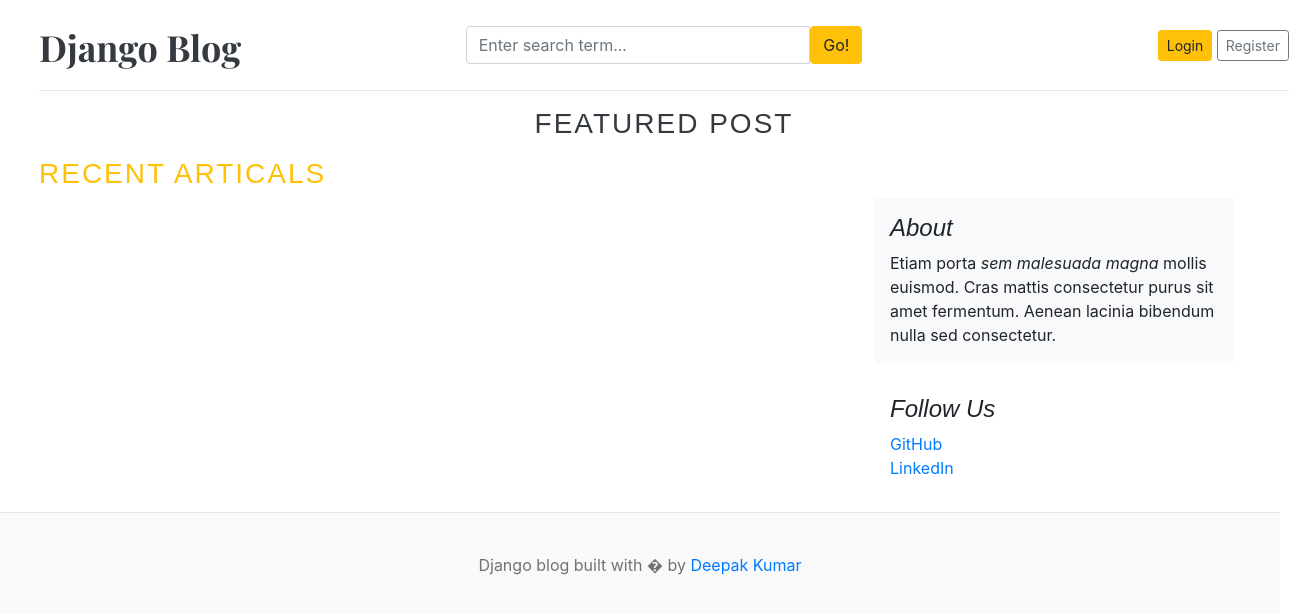
Repository: vijayholve/Blog-Website-Django
Page: templates/home.html
The author's editor kept a copy of each file at every save. The page is drawn from the files as they stood at one save, then again after the next save.
The browser window is 1280 px wide. The page is 1304 px wide, so the pictures cover 1304 px, including what lies to the right of the window. The pictures show the whole page.
The template is drawn by Django 5.2. The application's start-up code is not run. Other server files are loaded and not shown. The template is opened directly, without the code that normally fills it, so the values that code supplies are empty.

Above is the page before, as saved 2025-01-29 15:53:32.

### templates/home.html

{% extends 'base/base.html' %}

{% block content %}

{% for post in featured_post %}
 {% if forloop.first %}
<div class="jumbotron p-3 p-md-5 text-white rounded bg-dark" style="background-image: url({{ post.blog_image.url }});background-blend-mode: overlay;background-size:cover;">
    <div class="col-md-8 px-0">
      <h1 class="display-4 font-italic"><a href="{% url 'blogs' post.slug %}">{{ post.title }}</a></h1>
      <p class="lead my-3">{{ post.short_description | truncatewords:20 }}</p>
      <p class="lead mb-0"><a href="#" class="text-white font-weight-bold">Continue reading...</a></p>
    </div>
</div>
  {% endif %}
{% endfor %}


<!-- Featured POST -->
<h3 class="text-uppercase text-dark text-bold text-center" style="letter-spacing: 2px;">Featured POST</h3>
  <div class="row mb-2">
    {% for post in featured_post %}
      {% if not forloop.first %}
    <div class="col-md-6">
      <div class="card border-0" >
        <div class="card-body">
          <h3><a href="{% url 'blogs' post.slug %}">{{ post.title }}</a></h3>
          <small class="mb-1 text-muted">{{ post.created_at | timesince }} ago | {{ post.author }}</small>
          <p class="card-text">{{ post.short_description | truncatewords:20 }}</p>
        </div>
      </div>
    </div>
     {% endif %}
    {% endfor %}
  </div>


  <!-- Recent artical -->
  <h3 class="text-uppercase text-warning" style="letter-spacing: 2px;">Recent Articals</h3>
  <main role="main" class="container p-0">
    <div class="row">
      <div class="col-md-8 blog-main">
        {% for post in posts %}
        <div class="card border-0" >
          <div class="card-body">
            <h3><a href="{% url 'blogs' post.slug %}">{{ post.title }}</a></h3>
            <small class="mb-1 text-muted">{{ post.created_at | timesince }} ago | {{ post.author }}</small>
            <p class="card-text">{{ post.short_description | truncatewords:20 }}</p>
          </div>
        </div>
        {% endfor %}
      </div>
      <!-- /.blog-main -->

      <aside class="col-md-4 blog-sidebar">
        <div class="p-3 mb-3 bg-light rounded">
          <h4 class="font-italic">About</h4>
          <p class="mb-0">Etiam porta <em>sem malesuada magna</em> mollis euismod. Cras mattis consectetur purus sit amet fermentum. Aenean lacinia bibendum nulla sed consectetur.</p>
        </div>

        <div class="p-3">
          <h4 class="font-italic">Follow Us</h4>
          <ol class="list-unstyled">
            <li><a href="#">GitHub</a></li>
            <li><a href="#">LinkedIn</a></li>
          </ol>
        </div>
      </aside><!-- /.blog-sidebar -->

    </div><!-- /.row -->

  </main><!-- /.container -->

</div>
{% endblock %}

### templates/base/base.html
<!-- Header part -->
{% include './header.html' %}

<!-- Main content part -->
{% block content %}
<div class="container-fluid">

</div>
{% endblock %}

<!-- Footer -->
{% include './footer.html' %}

### templates/base/header.html
{% load static %}
<!DOCTYPE html>
<html lang="en">
<head>
    <meta charset="UTF-8">
    <meta http-equiv="X-UA-Compatible" content="IE=edge">
    <meta name="viewport" content="width=device-width, initial-scale=1.0">
    <title>SM Joshi Blogs</title>
    <link href="https://getbootstrap.com/docs/4.0/dist/css/bootstrap.min.css" rel="stylesheet">
    <link href="https://fonts.googleapis.com/css?family=Playfair+Display:700,900" rel="stylesheet">
    <link href="{% static 'css/blog.css' %}" rel="stylesheet">
    <link href="{% static 'css/Navbar.css' %}" rel="stylesheet">
    <link rel="stylesheet" href="https://cdn.jsdelivr.net/npm/bootstrap@4.4.1/dist/css/bootstrap.min.css" integrity="sha384-Vkoo8x4CGsO3+Hhxv8T/Q5PaXtkKtu6ug5TOeNV6gBiFeWPGFN9MuhOf23Q9Ifjh" crossorigin="anonymous">
    <link rel="stylesheet" href="https://cdnjs.cloudflare.com/ajax/libs/font-awesome/4.7.0/css/font-awesome.min.css">
  </head>
<body>
    <div class="container-fluid ml-4">
      <header class="blog-header py-3">
        <div class="row flex-nowrap justify-content-between align-items-center">
          <div class="col-4 pt-1">
            <a class="blog-header-logo text-dark" href="/">Django Blog</a>
          </div>
          <div class="col-4">
            <form action="{% url 'search' %}" method="GET">
              <div class="input-group">
                <input class="form-control" name="keyword" type="text" placeholder="Enter search term..." aria-label="Enter search term..." aria-describedby="button-search" />
                <button type="submit" class="btn btn-warning" id="button-search" type="button">Go!</button>
            </div>
            </form>
          </div>

          <div class="col-4 d-flex justify-content-end align-items-center">
            {% if not user.is_authenticated %}
            <a class="btn btn-sm btn-warning" href="{% url 'login' %}">Login</a> &nbsp;
            <a class="btn btn-sm btn-outline-secondary" href="{% url 'register' %}">Register</a>
            {% else %}
            <span><a href="{% url 'dashboard' %}" class="btn btn-warning">Dashboard</a></span> &nbsp;
            <span><a href="{% url 'logout' %}">Logout</a></span>
            {% endif %}
          </div>
        </div>
      </header>

      <div class="nav-scroller py-1 mb-2">
        <nav class="nav d-flex justify-content-between">
          {% for cat in categories %}
          <a class="p-2 text-muted" href="{% url 'posts_by_category' cat.id  %}">{{ cat.category_name }}</a>
          {% endfor %}
        </nav>
      </div>

### templates/base/footer.html
<footer class="blog-footer">
    <p>Django blog built with � by <a href="#">Deepak Kumar</a></p>
  </footer>
  </body>
  </html>

### static/css/blog.css
/* stylelint-disable selector-list-comma-newline-after */

.blog-header {
  border-bottom: 1px solid #e5e5e5;
}

.blog-header-logo {
  font-family: "Playfair Display", Georgia, "Times New Roman", serif/*rtl:Amiri, Georgia, "Times New Roman", serif*/;
  font-size: 2.25rem;
}

.blog-header-logo:hover {
  text-decoration: none;
}

h1, h2, h3, h4, h5, h6 {
  font-family: "Playfair Display", Georgia, "Times New Roman", serif/*rtl:Amiri, Georgia, "Times New Roman", serif*/;
}

.display-4 {
  font-size: 2.5rem;
}
@media (min-width: 768px) {
  .display-4 {
    font-size: 3rem;
  }
}

.flex-auto {
  flex: 0 0 auto;
}

.h-250 { height: 250px; }
@media (min-width: 768px) {
  .h-md-250 { height: 250px; }
}

/* Pagination */
.blog-pagination {
  margin-bottom: 4rem;
}

/*
 * Blog posts
 */
.blog-post {
  margin-bottom: 4rem;
}
.blog-post-title {
  font-size: 2.5rem;
}
.blog-post-meta {
  margin-bottom: 1.25rem;
  color: #727272;
}

/*
 * Footer
 */
.blog-footer {
  padding: 2.5rem 0;
  color: #727272;
  text-align: center;
  background-color: #f9f9f9;
  border-top: .05rem solid #e5e5e5;
}
.blog-footer p:last-child {
  margin-bottom: 0;
}

### static/css/Navbar.css
:root {
    --font-family-sans-serif: "Open Sans", -apple-system, BlinkMacSystemFont,
    "Segoe UI", Roboto, "Helvetica Neue", Arial, sans-serif, "Apple Color Emoji",
    "Segoe UI Emoji", "Segoe UI Symbol", "Noto Color Emoji";
}

*, *::before, *::after {
    -webkit-box-sizing: border-box;
    box-sizing: border-box;
}

html {
    font-family: sans-serif;
    line-height: 1.15;
    -webkit-text-size-adjust: 100%;
    -webkit-tap-highlight-color: rgba(0, 0, 0, 0);
}

nav {
    display: block;
}

body {
    margin: 0;
    font-family: "Open Sans", -apple-system, BlinkMacSystemFont, "Segoe UI",
    Roboto, "Helvetica Neue", Arial, sans-serif, "Apple Color Emoji",
    "Segoe UI Emoji", "Segoe UI Symbol", "Noto Color Emoji";
    font-size: 1rem;
    font-weight: 400;
    line-height: 1.5;
    color: #515151;
    text-align: left;
    background-color: #e9edf4;
}

h1, h2, h3, h4, h5, h6 {
    margin-top: 0;
    margin-bottom: 0.5rem;
}

p {
    margin-top: 0;
    margin-bottom: 1rem;
}

a {
    color: #3f84fc;
    text-decoration: none;
    background-color: transparent;
}

a:hover {
    color: #0458eb;
    text-decoration: underline;
}

h1, h2, h3, h4, h5, h6, .h1, .h2, .h3, .h4, .h5, .h6 {
    font-family: "Nunito", sans-serif;
    margin-bottom: 0.5rem;
    font-weight: 500;
    line-height: 1.2;
}

h1, .h1 {
    font-size: 2.5rem;
    font-weight: normal;
}

.card {
    position: relative;
    display: -webkit-box;
    display: -webkit-flex;
    display: -ms-flexbox;
    display: flex;
    -webkit-box-orient: vertical;
    -webkit-box-direction: normal;
    -webkit-flex-direction: column;
    -ms-flex-direction: column;
    flex-direction: column;
    min-width: 0;
    word-wrap: break-word;
    background-color: #fff;
    background-clip: border-box;
    border: 1px solid rgba(0, 0, 0, 0.125);
    border-radius: 0;
}

.card-body {
    -webkit-box-flex: 1;
    -webkit-flex: 1 1 auto;
    -ms-flex: 1 1 auto;
    flex: 1 1 auto;
    padding: 1.25rem;
}

.card-header {
    padding: 0.75rem 1.25rem;
    margin-bottom: 0;
    background-color: rgba(0, 0, 0, 0.03);
    border-bottom: 1px solid rgba(0, 0, 0, 0.125);
    text-align: center;
}

.dashboard {
    display: -webkit-box;
    display: -webkit-flex;
    display: -ms-flexbox;
    display: flex;
    min-height: 100vh;
}

.dashboard-app {
    display: -webkit-box;
    display: -webkit-flex;
    display: -ms-flexbox;
    display: flex;
    -webkit-box-orient: vertical;
    -webkit-box-direction: normal;
    -webkit-flex-direction: column;
    -ms-flex-direction: column;
    flex-direction: column;
    -webkit-box-flex: 2;
    -webkit-flex-grow: 2;
    -ms-flex-positive: 2;
    flex-grow: 2;
    margin-top: 84px;
}

.dashboard-content {
    -webkit-box-flex: 2;
    -webkit-flex-grow: 2;
    -ms-flex-positive: 2;
    flex-grow: 2;
    padding: 25px;
}

.dashboard-nav {
    min-width: 238px;
    position: fixed;
    left: 0;
    top: 0;
    bottom: 0;
    overflow: auto;
    background-color: #373193;
}

.dashboard-compact .dashboard-nav {
    display: none;
}

.dashboard-nav header {
    min-height: 84px;
    padding: 8px 27px;
    display: -webkit-box;
    display: -webkit-flex;
    display: -ms-flexbox;
    display: flex;
    -webkit-box-pack: center;
    -webkit-justify-content: center;
    -ms-flex-pack: center;
    justify-content: center;
    -webkit-box-align: center;
    -webkit-align-items: center;
    -ms-flex-align: center;
    align-items: center;
}

.dashboard-nav header .menu-toggle {
    display: none;
    margin-right: auto;
}

.dashboard-nav a {
    color: #515151;
}

.dashboard-nav a:hover {
    text-decoration: none;
}

.dashboard-nav {
    background-color: #443ea2;
}

.dashboard-nav a {
    color: #fff;
}

.brand-logo {
    font-family: "Nunito", sans-serif;
    font-weight: bold;
    font-size: 20px;
    display: -webkit-box;
    display: -webkit-flex;
    display: -ms-flexbox;
    display: flex;
    color: #515151;
    -webkit-box-align: center;
    -webkit-align-items: center;
    -ms-flex-align: center;
    align-items: center;
}

.brand-logo:focus, .brand-logo:active, .brand-logo:hover {
    color: #dbdbdb;
    text-decoration: none;
}

.brand-logo i {
    color: #d2d1d1;
    font-size: 27px;
    margin-right: 10px;
}

.dashboard-nav-list {
    display: -webkit-box;
    display: -webkit-flex;
    display: -ms-flexbox;
    display: flex;
    -webkit-box-orient: vertical;
    -webkit-box-direction: normal;
    -webkit-flex-direction: column;
    -ms-flex-direction: column;
    flex-direction: column;
}

.dashboard-nav-item {
    min-height: 56px;
    padding: 8px 20px 8px 70px;
    display: -webkit-box;
    display: -webkit-flex;
    display: -ms-flexbox;
    display: flex;
    -webkit-box-align: center;
    -webkit-align-items: center;
    -ms-flex-align: center;
    align-items: center;
    letter-spacing: 0.02em;
    transition: ease-out 0.5s;
}

.dashboard-nav-item i {
    width: 36px;
    font-size: 19px;
    margin-left: -40px;
}

.dashboard-nav-item:hover {
    background: rgba(255, 255, 255, 0.04);
}

.active {
    background: rgba(0, 0, 0, 0.1);
}

.dashboard-nav-dropdown {
    display: -webkit-box;
    display: -webkit-flex;
    display: -ms-flexbox;
    display: flex;
    -webkit-box-orient: vertical;
    -webkit-box-direction: normal;
    -webkit-flex-direction: column;
    -ms-flex-direction: column;
    flex-direction: column;
}

.dashboard-nav-dropdown.show {
    background: rgba(255, 255, 255, 0.04);
}

.dashboard-nav-dropdown.show > .dashboard-nav-dropdown-toggle {
    font-weight: bold;
}

.dashboard-nav-dropdown.show > .dashboard-nav-dropdown-toggle:after {
    -webkit-transform: none;
    -o-transform: none;
    transform: none;
}

.dashboard-nav-dropdown.show > .dashboard-nav-dropdown-menu {
    display: -webkit-box;
    display: -webkit-flex;
    display: -ms-flexbox;
    display: flex;
}

.dashboard-nav-dropdown-toggle:after {
    content: "";
    margin-left: auto;
    display: inline-block;
    width: 0;
    height: 0;
    border-left: 5px solid transparent;
    border-right: 5px solid transparent;
    border-top: 5px solid rgba(81, 81, 81, 0.8);
    -webkit-transform: rotate(90deg);
    -o-transform: rotate(90deg);
    transform: rotate(90deg);
}

.dashboard-nav .dashboard-nav-dropdown-toggle:after {
    border-top-color: rgba(255, 255, 255, 0.72);
}

.dashboard-nav-dropdown-menu {
    display: none;
    -webkit-box-orient: vertical;
    -webkit-box-direction: normal;
    -webkit-flex-direction: column;
    -ms-flex-direction: column;
    flex-direction: column;
}

.dashboard-nav-dropdown-item {
    min-height: 40px;
    padding: 8px 20px 8px 70px;
    display: -webkit-box;
    display: -webkit-flex;
    display: -ms-flexbox;
    display: flex;
    -webkit-box-align: center;
    -webkit-align-items: center;
    -ms-flex-align: center;
    align-items: center;
    transition: ease-out 0.5s;
}

.dashboard-nav-dropdown-item:hover {
    background: rgba(255, 255, 255, 0.04);
}

.menu-toggle {
    position: relative;
    width: 42px;
    height: 42px;
    display: -webkit-box;
    display: -webkit-flex;
    display: -ms-flexbox;
    display: flex;
    -webkit-box-align: center;
    -webkit-align-items: center;
    -ms-flex-align: center;
    align-items: center;
    -webkit-box-pack: center;
    -webkit-justify-content: center;
    -ms-flex-pack: center;
    justify-content: center;
    color: #443ea2;
}

.menu-toggle:hover, .menu-toggle:active, .menu-toggle:focus {
    text-decoration: none;
    color: #875de5;
}

.menu-toggle i {
    font-size: 20px;
}

.dashboard-toolbar {
    min-height: 84px;
    background-color: #dfdfdf;
    display: -webkit-box;
    display: -webkit-flex;
    display: -ms-flexbox;
    display: flex;
    -webkit-box-align: center;
    -webkit-align-items: center;
    -ms-flex-align: center;
    align-items: center;
    padding: 8px 27px;
    position: fixed;
    top: 0;
    right: 0;
    left: 0;
    z-index: 1000;
}

.nav-item-divider {
    height: 1px;
    margin: 1rem 0;
    overflow: hidden;
    background-color: rgba(236, 238, 239, 0.3);
}

@media (min-width: 992px) {
    .dashboard-app {
        margin-left: 238px;
    }

    .dashboard-compact .dashboard-app {
        margin-left: 0;
    }
}


@media (max-width: 768px) {
    .dashboard-content {
        padding: 15px 0px;
    }
}

@media (max-width: 992px) {
    .dashboard-nav {
        display: none;
        position: fixed;
        top: 0;
        right: 0;
        left: 0;
        bottom: 0;
        z-index: 1070;
    }

    .dashboard-nav.mobile-show {
        display: block;
    }
}

@media (max-width: 992px) {
    .dashboard-nav header .menu-toggle {
        display: -webkit-box;
        display: -webkit-flex;
        display: -ms-flexbox;
        display: flex;
    }
}

@media (min-width: 992px) {
    .dashboard-toolbar {
        left: 238px;
    }

    .dashboard-compact .dashboard-toolbar {
        left: 0;
    }
}

After the next save:
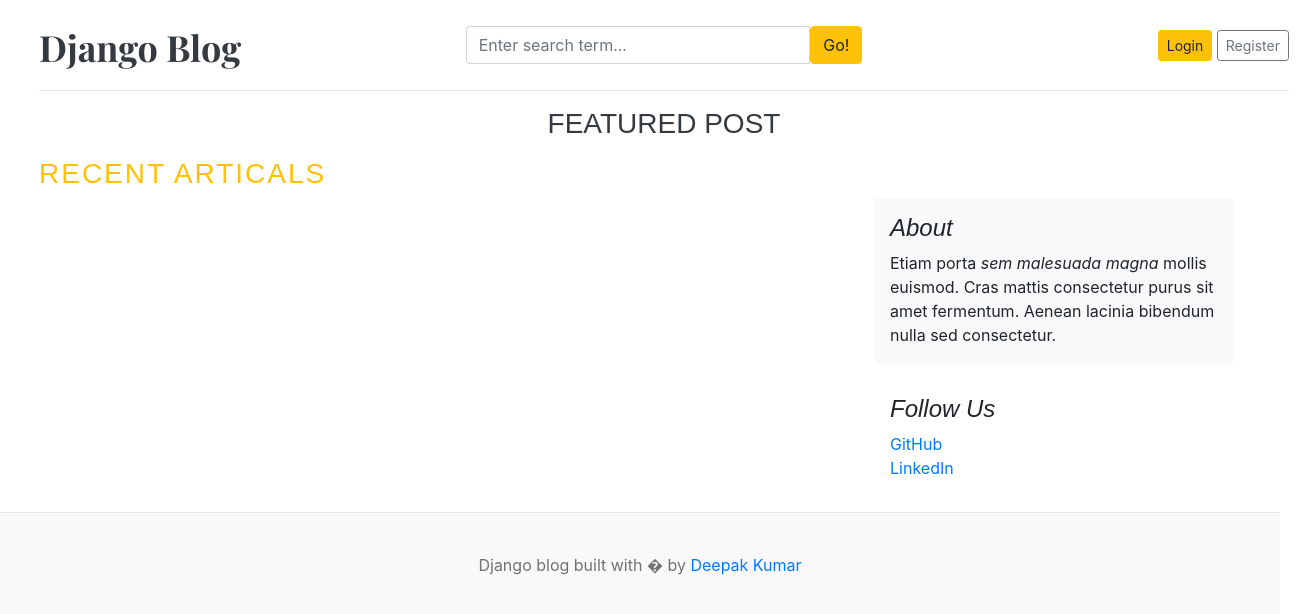
Saved 18 s later.
--- a/templates/home.html
+++ b/templates/home.html
@@ -17,7 +17,7 @@
 
 
 <!-- Featured POST -->
-<h3 class="text-uppercase text-dark text-bold text-center" style="letter-spacing: 2px;">Featured POST</h3>
+<h3 class="text-uppercase text-dark text-bold text-center" >Featured POST</h3>
   <div class="row mb-2">
     {% for post in featured_post %}
       {% if not forloop.first %}
